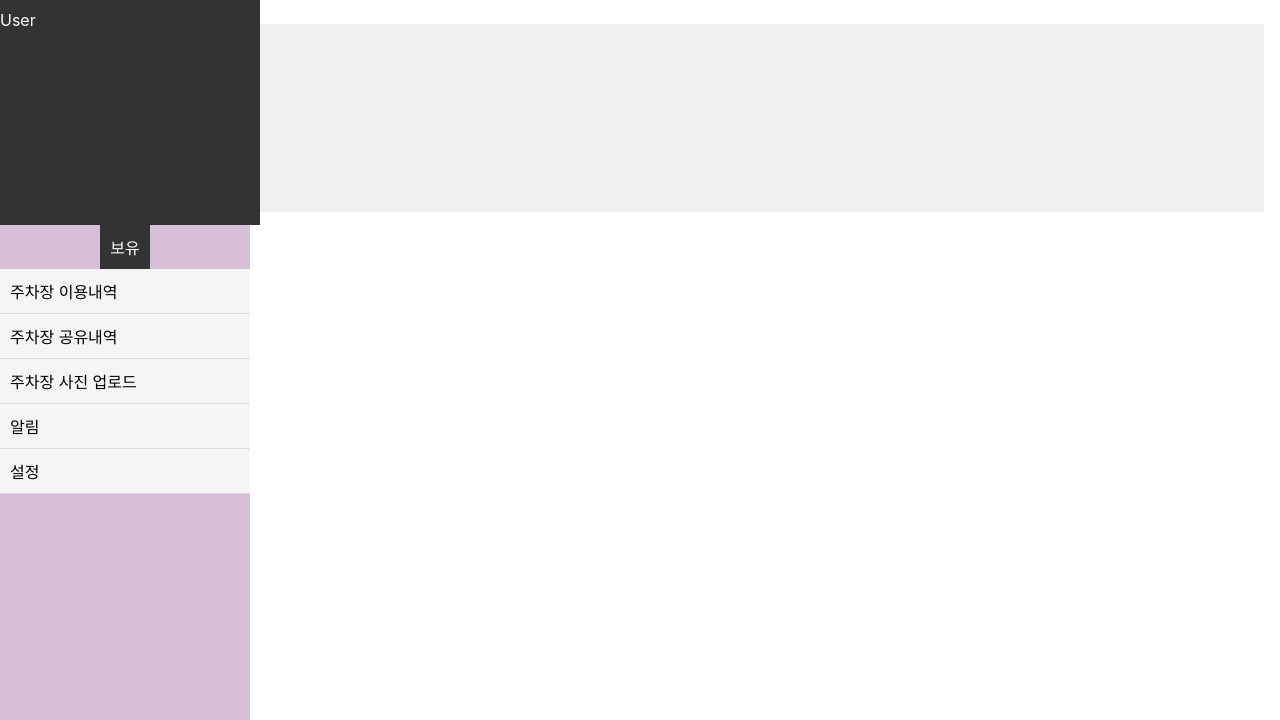
Repository: ohjjoa/reactTest
Page: /, after clicking the first element matching `img`
An editor plug-in stored every save of this project. The page is shown before and after the next save, followed by the edit.
The browser window is 1280 px wide. The pictures show the whole page.
The project was rebuilt for these pictures with package versions that can differ from the ones it lists, and the page was loaded fresh each time.

Above is the page before, as saved 2024-08-02 05:22:15.

### src/App.tsx
import { BrowserRouter as Router, Route, Routes } from 'react-router-dom';
import Home from './pages/Home';

function App() {
  return (
    <Router>
      <Routes>
        <Route path="/" element={<Home />} />
        {/* 다른 Route 추가 가능 */}
      </Routes>
    </Router>
  );
}

export default App;

### src/pages/Home/index.tsx
import React, { useState, useRef, useEffect } from 'react';
import { FixedSizeList as List } from 'react-window';
import { TestContainer, Sidebar, SidebarOpen } from './styles';
import icBurger from '../../assets/ic_burger.svg';

// 리스트 항목의 데이터
// const items = new Array(5).fill(null).map((_, index) => `Item ${index + 1}`);
// 리스트 항목의 데이터
const items = [
  '주차장 이용내역',
  '주차장 공유내역',
  '주차장 사진 업로드',
  '알림',
  '설정'
];

const Home = () => {
  const [sideBarOpen, setSideBarOpen] = useState(false);
  const sidebarRef = useRef<HTMLDivElement>(null);
  const backgroundRef = useRef<HTMLDivElement>(null);

  const burgerClick = () => {
    setSideBarOpen(!sideBarOpen);
  };

  const handleClickOutside = (event: MouseEvent | TouchEvent) => {
    if (
      sidebarRef.current &&
      !sidebarRef.current.contains(event.target as Node) &&
      backgroundRef.current &&
      !backgroundRef.current.contains(event.target as Node)
    ) {
      setSideBarOpen(false);
    }
  };

  useEffect(() => {
    const handleContextMenu = (event: MouseEvent) => {
      event.preventDefault(); // 기본 우클릭 메뉴 막기
      event.stopPropagation(); // 이벤트 전파 막기
      return false;
    };

    window.addEventListener('contextmenu', handleContextMenu);
    // 데스크탑 환경
    document.addEventListener('mousedown', handleClickOutside);
    // 모바일 환경
    document.addEventListener('touchstart', handleClickOutside);

    return () => {
      window.removeEventListener('contextmenu', handleContextMenu);
      document.removeEventListener('mousedown', handleClickOutside);
      document.removeEventListener('touchstart', handleClickOutside);
    };
  }, []);

  // 사이드바 아이템 렌더링
  const Row = ({ index, style }: { index: number; style: React.CSSProperties }) => (
    <div
    style={{
      backgroundColor: '#f5f5f5', // 아이템의 배경 색상
      padding: '10px', // 아이템의 패딩
      borderBottom: '1px solid #ddd', // 아이템 하단의 경계선 (선택 사항)
      boxSizing: 'border-box', // 패딩과 경계선이 요소의 전체 크기에 포함되도록
      color: '#000000'
    }}
  >
    {items[index]}
    </div>
  );

  return (
    <div ref={backgroundRef}>
      <TestContainer>
        <img
          src={icBurger}
          alt="Burger Icon"
          style={{
            maxWidth: '100%',
            height: 'auto',
            cursor: 'pointer',
            marginTop: '50px',
          }}
          onClick={burgerClick} // 클릭 이벤트로 사이드바 열기/닫기 처리
        />
      </TestContainer>

      {sideBarOpen && (
        <SidebarOpen ref={sidebarRef}
        style={{ display: 'flex', flexDirection: 'column', width: '250' }}>
          <div style={{ padding: '10px', backgroundColor: '#333', color: '#fff', width: '250px', height: '250px' }}>
            User
          </div>
          <div style={{ padding: '10px', backgroundColor: '#333', color: '#fff'}}>
            보유
          </div>
          <List
            height={550} // 사이드바의 높이에서 연락처의 높이를 제외한 값
            itemCount={items.length} // 아이템 수
            itemSize={50} // 아이템의 높이
            width={250} // 사이드바의 너비
          >
            {Row}
          </List>
        </SidebarOpen>
      )}
      {!sideBarOpen && (
        <Sidebar ref={sidebarRef}>
          <div>Sidebar Content</div>
        </Sidebar>
      )}
    </div>
  );
};

export default Home;

### src/pages/Home/styles.tsx
import { styled } from '@stitches/react';

const TestContainer = styled('div', {
  paddingLeft: '16px',
  paddingRight: '16px',
  marginTop: '24px',
  paddingBottom: '110px',
  backgroundColor: '#f0f0f0',
  marginLeft: '16px',
  marginRight: '16px',
});

const Sidebar = styled('div', {
  position: 'fixed',
  top: 0,
  left: '-250px', // 사이드바가 화면 밖으로 숨겨져 있도록 설정
  width: '250px',
  height: '100%',
  backgroundColor: '#D8BFD8',
  color: 'white',
  transition: 'left 0.3s ease', // 애니메이션 효과
  display: 'flex',
  alignItems: 'center',
  justifyContent: 'center',
  zIndex: 1000, // 사이드바가 다른 요소 위에 오도록 설정
});

const SidebarOpen = styled(Sidebar, {
  left: 0, // 사이드바가 화면에 보이도록 설정
});


export { TestContainer, Sidebar, SidebarOpen };

Loaded but not shown: public/index.html (common file); src/index.tsx (common file); src/index.css (common file); src/reportWebVitals.ts (common file)

After the next save:
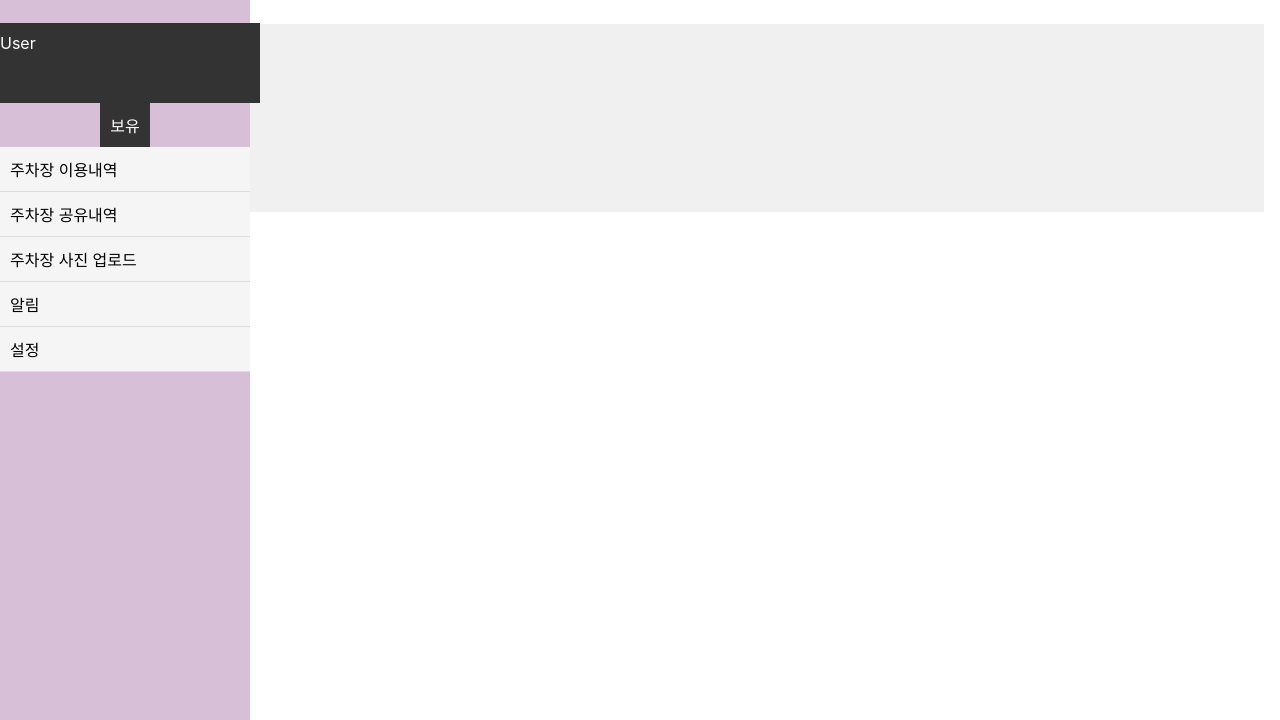
Saved 20 s later.
--- a/src/pages/Home/index.tsx
+++ b/src/pages/Home/index.tsx
@@ -88,7 +88,7 @@ const Home = () => {
       {sideBarOpen && (
         <SidebarOpen ref={sidebarRef}
         style={{ display: 'flex', flexDirection: 'column', width: '250' }}>
-          <div style={{ padding: '10px', backgroundColor: '#333', color: '#fff', width: '250px', height: '250px' }}>
+          <div style={{ padding: '10px', backgroundColor: '#333', color: '#fff', width: '250px', height: '60px' }}>
             User
           </div>
           <div style={{ padding: '10px', backgroundColor: '#333', color: '#fff'}}>
